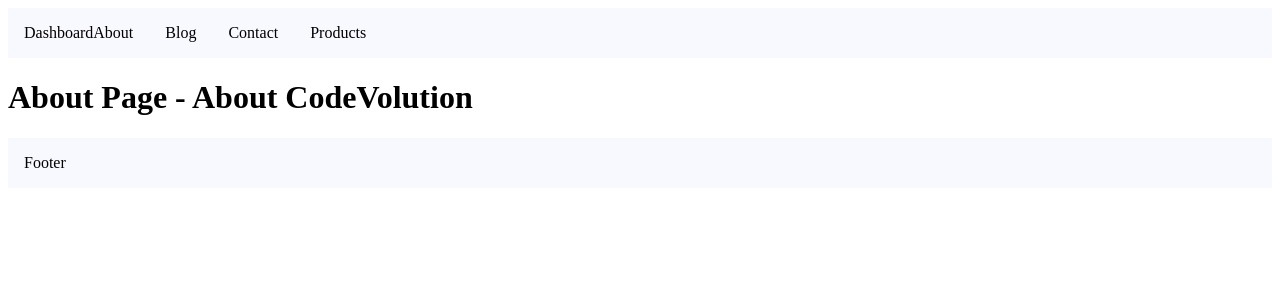
Repository: Mbote-Joseph/Nextjs-Learning
Page: /about
The author's editor kept a copy of each file at every save. The page is drawn from the files as they stood at one save, then again after the next save.
The browser window is 1280 px wide. The pictures show the whole page.
The project was rebuilt for these pictures with package versions that can differ from the ones it lists, and the page was loaded fresh each time. The framework's server and built-in components were replaced by stand-ins that run in the browser. Also part of the build but not shown: next.config.mjs.

Above is the page before, as saved 2024-09-17 18:14:56.

### src/app/layout.tsx
import { Metadata } from "next"
import Header from "./header"
import Footer from "./footer"

export const metadata: Metadata = {
  title: {
    absolute: "",
    default: "Next.js Tutorial - CodeVolution",
    template: "%s | Learning Next",
  },
  description: 'Generated by Next.js',
}

export default function RootLayout({
  children,
}: {
  children: React.ReactNode
}) {
  return (
    <html lang="en">
      <body>

        <Header />

        {children}

        <Footer/>

        </body>
    </html>
  )
}

### src/app/about/page.tsx

export const metadata = {
    title: "About CodeVolution"
}
export default function About(){
    return <h1>About Page - {metadata.title}</h1>
}

### src/app/header.tsx
'use client'
import Link from 'next/link';
import { useRouter } from 'next/navigation';
// import './header.css';

export default function Header() {
    const router = useRouter();
    return (
        <header className="header" style={{
            backgroundColor: "ghostwhite",
            padding: "1rem",
        }}>
            <a onClick={()=>router.push("./dashboard")}>
                Dashboard
            </a>
            <Link style={{
                    color: "black",
                    textDecoration: "none",
                    fontSize: "1rem",
                    marginRight: "2rem",
            }}
            className="navLink" href="/about">
                About
            </Link>
            <Link style={{
                    color: "black",
                    textDecoration: "none",
                    fontSize: "1rem",
                    marginRight: "2rem",
            }}
            className="navLink"  href="/blog">Blog</Link>
            <Link style={{
                    color: "black",
                    textDecoration: "none",
                    fontSize: "1rem",
                    marginRight: "2rem",
            }}
            className="navLink"  href="/contact">
                Contact
            </Link>
            <Link style={{
                    color: "black",
                    textDecoration: "none",
                    fontSize: "1rem",
                    marginRight: "2rem",
            }}
            className="navLink"  href="/products">
                Products
            </Link>



        </header>
    )
}

### src/app/footer.tsx
export default function Footer(){
    return (
        <footer style={{
            backgroundColor: "ghostwhite",
            padding: "1rem",
          }}>
            Footer
          </footer>

    )
}

After the next save:
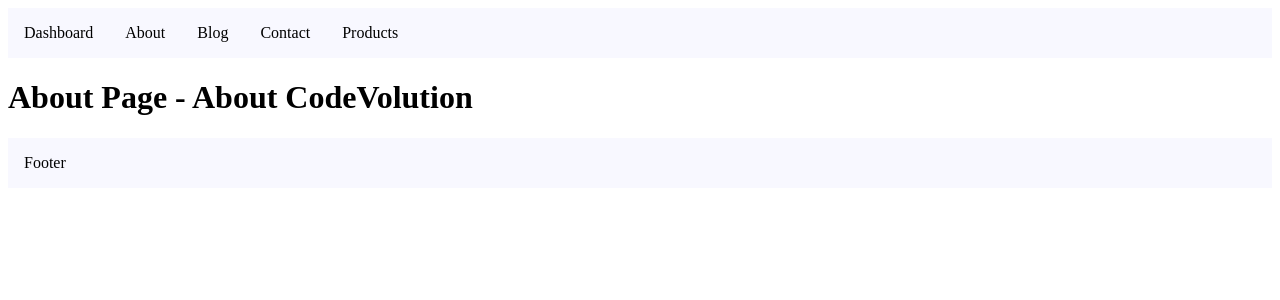
Saved 47 s later.
--- a/src/app/header.tsx
+++ b/src/app/header.tsx
@@ -10,7 +10,13 @@
             backgroundColor: "ghostwhite",
             padding: "1rem",
         }}>
-            <a onClick={()=>router.push("./dashboard")}>
+            <a style={{
+                color: "black",
+                textDecoration: "none",
+                fontSize: "1rem",
+                marginRight: "2rem",
+
+            }} onClick={()=>router.push("./dashboard")}>
                 Dashboard
             </a>
             <Link style={{
